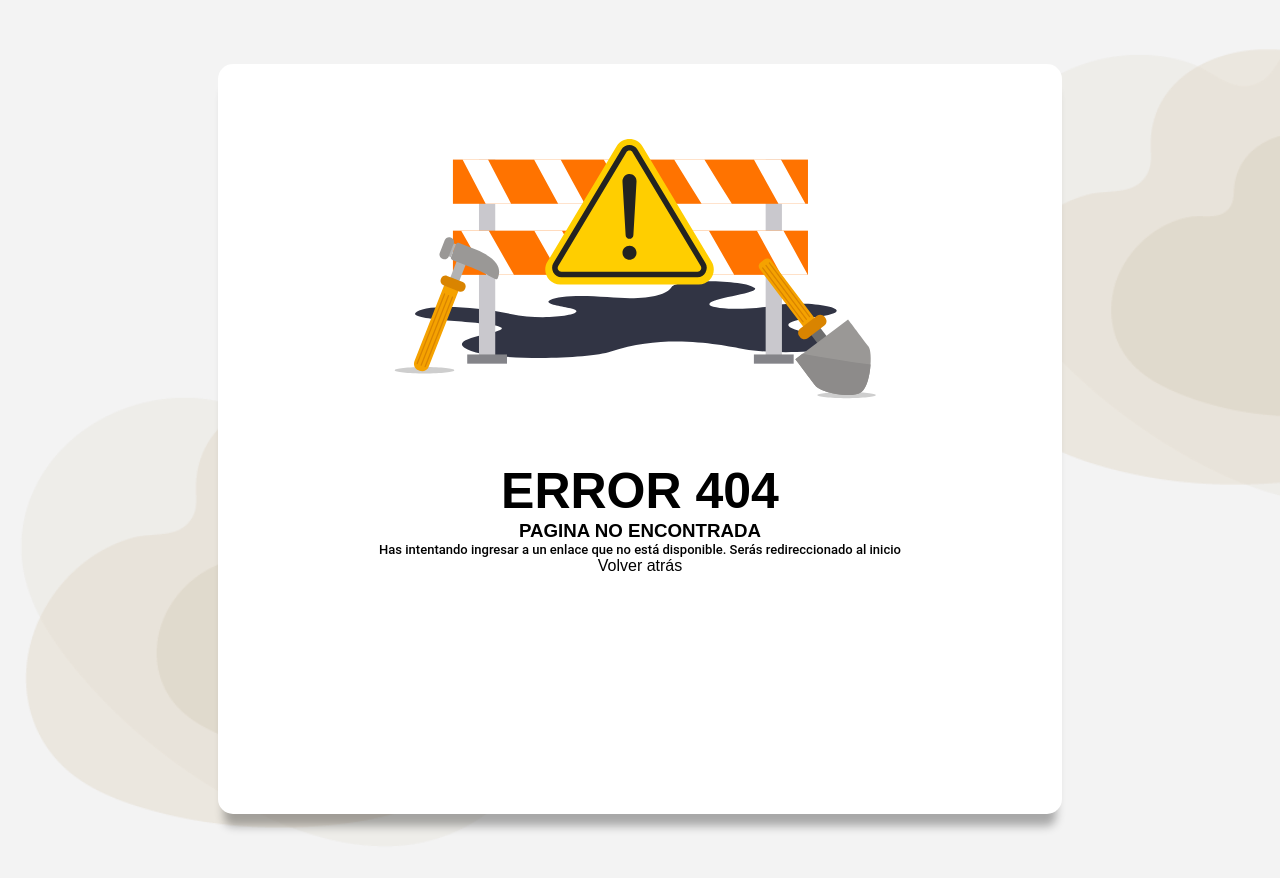
Repository: AlejandraBarrachina23/TPIntegrador_Barrachina_Java
Page: http://localhost/Alejandra_Barrachina_TP_Integrador1/error404.jsp
The author's editor kept a copy of each file at every save. The page is drawn from the files as they stood at one save, then again after the next save.
The browser window is 1280 px wide. The pictures show the whole page.
Some web libraries are served in a nearby version. The page is served by Tomcat 9. Nobody is signed in. The application's start-up code is not run.

Above is the page before, as saved 2019-12-04 22:19:12.

After the next save:
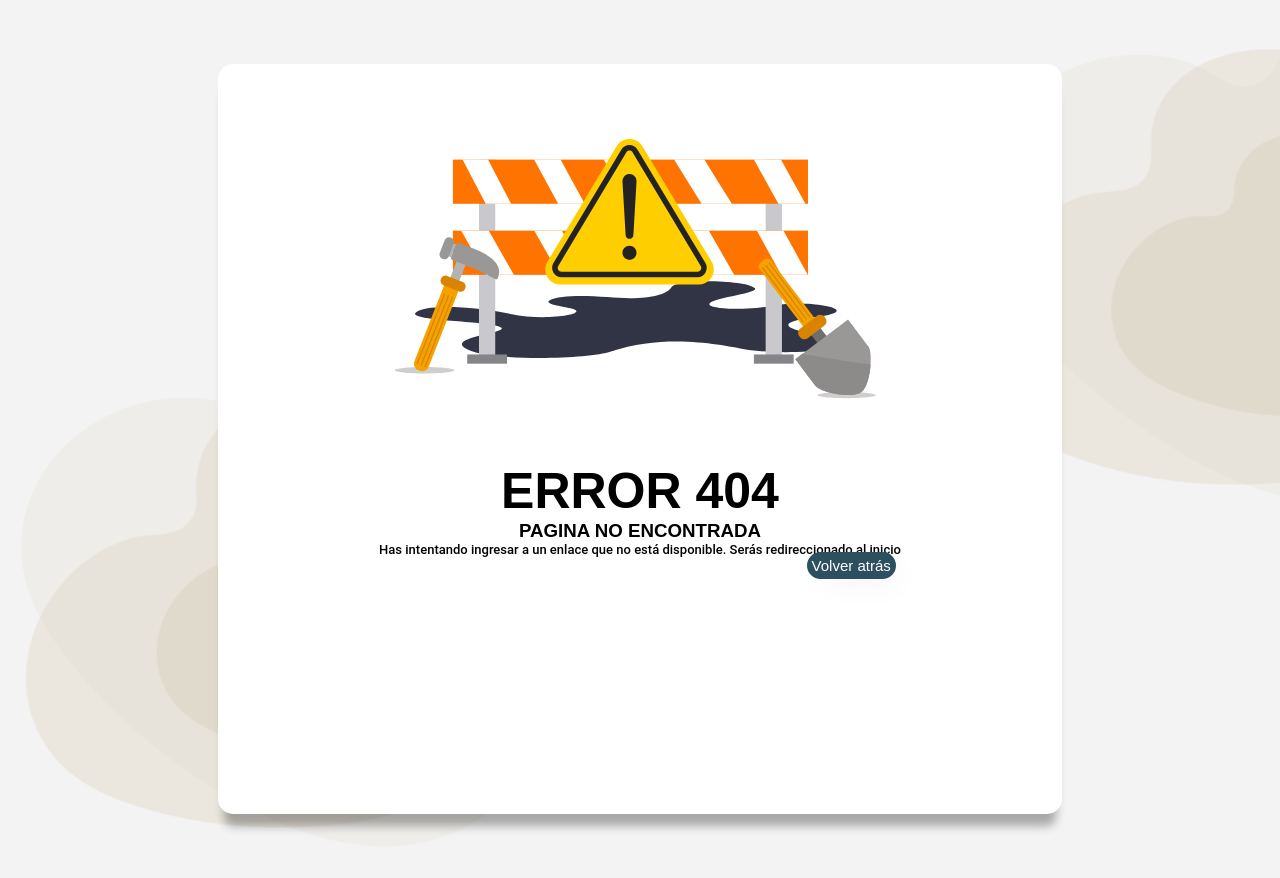
Saved 49 s later.
--- a/Alejandra_Barrachina_TP_Integrador1/WebContent/estilos.css
+++ b/Alejandra_Barrachina_TP_Integrador1/WebContent/estilos.css
@@ -34,7 +34,18 @@ body {
  }
 
  #error-404 a{
- 	color:black;
+ 	background-color: #2C5060;
+	color:white;
+	width:35%;
+	font-size:15px;
+	border-style:none;
+	padding:5px;
+	border-radius: 15px;
+	border: 0px solid #000000;
+	box-shadow: 10px 10px 25px -13px rgba(0,0,0,0.75);
+	font-family: 'Oswald', sans-serif;
+	margin-left: 50%;
+
  }
 
   #error-404 img {
